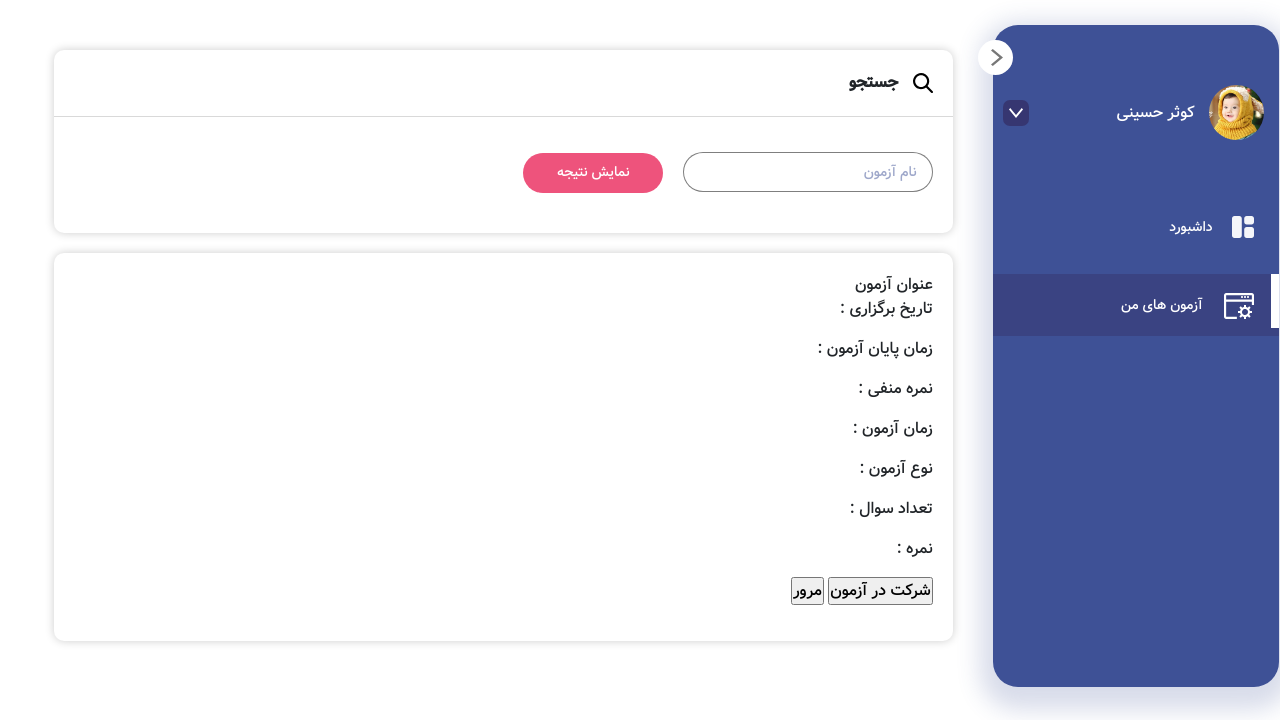
Repository: kosar78/quiz-online
Page: student-panel-myquiz.html
The author's editor kept a copy of each file at every save. The page is drawn from the files as they stood at one save, then again after the next save.
The browser window is 1280 px wide. The pictures show the whole page.
The page's requests for data from a server got no answer.

Above is the page before, as saved 2022-01-09 14:07:57.

### student-panel-myquiz.html
<!DOCTYPE html>
<html lang="en">
<head>
    <meta charset="UTF-8">
    <meta name="viewport" content="width=device-width, initial-scale=1.0">
    <link rel="stylesheet" href="css/manager-panel.css">
    <link rel="stylesheet" href="css/teacher-panel-dashbord.css">
    <link rel="stylesheet" href="css/studnet-panel-myquiz.css">
    <link rel="stylesheet" href="bootstrap_files/css/bootstrap.min.css">
    <script type="text/javascript" src="JQuery_file/jQuery.js"></script>
    <script type="text/javascript" src="bootstrap_files/js/bootstrap.min.js"></script>
    <script type="text/javascript" src="js/manager-panel.js"></script>
    <title>پنل دانشجو - داشبورد</title>
</head>
<body>
    <div class="container-fluid">
        <div class="row main-row">
            <div class="col-xl-3 col-md-3 sidebar-parent">
                <div class="resize-sidebar">
                    <img class="resize-right show" src="images/right.svg" alt="">
                    <img class="resize-left hide" src="images/left.svg" alt="">
                </div>
                <div class="exit-menubar hide">
                    <img class="" src="images/exit-menubar.svg" alt="">
                </div>
                <div class="sidebar">
                    <ul class="user-profile">
                        <li class="user-img">
                            <img src="images/H0fb13ae027de48f4a32a8bd50971f4c5N.jpg_.webp" alt="">
                        </li>
                        <li class="user-name-phone">
                            <p class="user-name" id="fullname">
                                کوثر حسینی
                            </p>
                            <p class="user-phone">

                            </p>
                        </li>
                        <li class="manage-profile">
                            <img class="bottom show" src="images/bottom.svg" alt="">
                            <img class="top hide" src="images/top.svg" alt="">
                        </li>
                    </ul>
                    <div class="manage-profile-menubar hide">
                        <div>
                            <ul class="mp-menubar">
                                <a href="manager-panel-profile.html">
                                    <li><img src="images/manage-profile-icon.svg" alt="" class="mp-icon"></li>
                                    <li class="mp-name">

                                        پروفایل

                                    </li>
                                </a>
                            </ul>
                            <ul class="mp-menubar">
                                <a href="#">
                                    <li><img src="images/change-pass-icon.svg" alt="" class="mp-icon"></li>
                                    <li class="mp-name">
                                        تغییر رمز عبور
                                    </li>
                                </a>
                            </ul>
                            <ul class="mp-menubar">
                                <a href="home.html">
                                    <li><img src="images/profile-manage-exit-icon.svg" alt="" class="mp-icon"></li>
                                    <li class="mp-name">
                                        خروج
                                    </li>
                                </a>
                            </ul>
                        </div>
                    </div>
                    <ul class="sidebar-case  dashbord">
                        <div class="v-line"></div>
                        <a href="student-panel-dashbord.html">
                            <li class="case-icon">
                                <img src="images/dashbord-icon.svg" alt="">
                            </li>
                            <li class="case-name">
                                داشبورد
                            </li>
                        </a>
                    </ul>
                    <ul class="sidebar-case active-case  test-managment">
                        <div class="v-line"></div>

                            <li class="case-icon">
                                <img src="images/carbon_gui-management.svg" alt="">
                            </li>
                            <li class="case-name">
                                آزمون های من
                            </li>

                    </ul>

                </div>
            </div>


            <div class="col-xl-9 col-md-9 quizlist-left-side left-side">
                <img src="images/menubar.svg" alt="" class="menubar hide">
                <div class="row main-row-left">
                    <div class="col-xl-12 search-box">
                        <ul>
                            <li>
                                <img src="images/search-icon.svg" alt="">
                            </li>
                            <li class="search-tx">
                                جستجو
                            </li>
                        </ul>
                        <div class="line"></div>
                        <ul class="search-input-ul">
                            <li>
                                <input type="text" name="search-name" id="quiz-name" placeholder="نام آزمون">
                            </li>

                            <li>
                                <input class="show-result-btn" type="button" value="نمایش نتیجه">
                            </li>
                        </ul>
                    </div>

                    <div class="quiz-box">
                        <div class="head-quiz-box">
                            عنوان آزمون
                        </div>
                        <ul>
                            <li class="li-titr">تاریخ برگزاری :</li>
                            <li></li>
                        </ul>
                        <ul>
                            <li class="li-titr">زمان پایان آزمون :</li>
                            <li></li>
                        </ul>
                        <ul>
                            <li class="li-titr">نمره منفی :</li>
                            <li></li>
                        </ul>
                        <ul>
                            <li class="li-titr">زمان آزمون :</li>
                            <li></li>
                        </ul>
                        <ul>
                            <li class="li-titr">نوع آزمون :</li>
                            <li></li>
                        </ul>
                        <ul>
                            <li class="li-titr">تعداد سوال :</li>
                            <li></li>
                        </ul>
                        <ul>
                            <li class="li-titr">نمره :</li>
                            <li></li>
                        </ul>
                        <ul>
                            <li>
                                <input type="button" value="شرکت در آزمون">
                            </li>
                            <li>
                                <input type="button" value="مرور">
                            </li>
                        </ul>
                    </div>
                </div>
            </div>
        </div>
    </div>
    <script src="node_modules/axios/dist/axios.min.js"></script>
    <script src="js/manager-panel-getToken.js"></script>
</body>
</html>

### css/manager-panel.css
@font-face {
    font-family: FirstFont;
    src:url(../font/Vazir-Medium.woff2) format('woff2');
    src:url(../font/Vazir-Medium-FD-WOL.woff2) format('woff2');
  }
* {
    margin: 0;
    padding: 0;
    user-select: none;
    -moz-user-select: none;
    -khtml-user-select: none;
    -webkit-user-select: none;
    -o-user-select: none;
    text-align: right;
    text-decoration:none;
}
html body {
    direction: rtl;
    font-family:FirstFont;
    text-align: center;

}

ul li{
    display: inline-block;
    list-style: none;
}
.sidebar-parent{
    padding: 25px;

    position: relative;
}
.main-row{
    padding-right: 15px;
}
.sidebar{
    width: 100%;
    height: 92vh;
    background-color: #3E5196;
    border-radius: 25px;
    box-shadow: 0px 10px 23px 13px rgba(62, 81, 150, 0.2);

}
.resize-sidebar,
.exit-menubar{
    border-radius: 50%;
    width: 35px;
    text-align: center;
    height: 35px;
    position: absolute;
    padding-top: 9px;
    top: 40px;
    background: #fff;
    padding-right: 10px;
    left: 0;
    cursor: pointer;
}
.exit-menubar{
    padding-right: 0px;
    padding-top: 6px;
}
.exit-menubar img{
    width: 16px;
}
.resize-sidebar img{
    width: 12px;
}
.user-img img{
    width: 55px;
    height: 55px;
    border-radius: 50%;
}
.user-profile{
    padding-right: 15px;
    padding-top: 60px;

}
.user-name-phone p{
    margin-bottom: 0 !important;
    color: #fff;
}
.user-name-phone{
    position: relative;
    top: 0px;
    right: 10px;
    width: 59%;
}
.user-phone{
    font-size: 12px;
}
.user-name{
    /* width: 140px; */
    height: auto;
}
.manage-profile{
    background-color: #363671;
    padding: 8px 6px;
    border-radius: 7px;
    cursor: pointer;
    position: absolute;
    left: 25px;
    top: 100px;
}
.manage-profile img{
    width: 14px;
}
.sidebar-case{
    padding-right: 25px;
    padding-top: 15px;
    padding-bottom: 15px;
    margin-bottom: 0px !important;
    margin-top: 20px;

}
.dashbord{
    margin-top: 60px;
}
.sidebar-case li{
    cursor: pointer;
}
.active-case .v-line{
    background: #fff;
    width: 8px;
    position: absolute;
    height: 54px;
    top: 0;
    right: 0;
}
.active-case .v-line-user-managment{
    background: #fff;
    width: 8px;
    position: absolute;
    height: 44px;
    top: 0;
    right: 0;
}

.active-case{
    background: rgba(54, 54, 113, 0.5);
    position: relative;
}
.case-name{
    width: 64%;
    color: #fff;
    margin-right: 15px;
    font-size: 14px;
}
.user-management .case-name{
    margin-right: 9px;
}
.user-management-case{
    margin-bottom: 0px !important;
    padding: 10px 0;
}
.user-management-case li{
    cursor: pointer;
}
.user-management-case .umc-icon img{
    width: 25px;
}
.user-management-cases{
    padding-right: 65px;
}
.user-management-case .umc-name{
    font-size: 15px;
    color: rgba(255, 255, 255, 0.8);
    padding-right: 12px;
}
.manage-profile-menubar{
    left: 25px;
    margin-top: -25px;
    position: absolute;
    z-index: 1;
}
.manage-profile-menubar div{

    background-color: #363671;
    border-radius: 10px;
    width: max-content;
    transition: all 0.4s cubic-bezier(0.39, 0.58, 0.57, 1);
}
.manage-profile-menubar .mp-menubar{
    margin-bottom: 0;
    padding: 15px;
}
.manage-profile-menubar .mp-name{
    color: #fff;
    font-size: 13px;
    padding-right: 12px;
    padding-left: 25px;
}
.manage-profile-menubar .mp-menubar li{
    cursor: pointer;
}
.user-mangement-cases-icon{
    position: absolute;
    left: 28px;
    margin-top:5px;
}
.hide{
    display: none;
}
.show{
    display: block;
}

.small-sidebar .user-profile {
    padding-right: 10px;
}
.small-sidebar .user-name-phone,
.small-sidebar .case-name,
.small-sidebar .mp-name,
.small-sidebar .umc-name{
    display: none;
}
.small-sidebar .manage-profile{
    left: 40px;
    margin-top: 46px;
}
.small-sidebar .manage-profile-menubar {
    left: 29px;
    margin-top: 20px;
}
.small-sidebar .user-management-cases {
    padding-right: 25px;
}
.small-sidebar .user-mangement-cases-icon{
    display: none;
}
.mp-menubar:hover{
    background-color: #6060d0e3;
}
#message{
    margin-bottom: 10px !important;
    font-size: 15px;
    margin-right: 36px;
    height: 25px;
    margin-top: 15px;
}
@media(max-width:1199px){
    .user-name-phone{
        display: block;
    }
    .manage-profile-menubar {
        margin-top: -55px;
    }

}
.small-sidebar .user-profile,
.small-sidebar .sidebar-case,
.small-sidebar .user-management-cases {
    padding-right: 0px;
    text-align: center;
}
.small-sidebar .user-management-cases .user-management-case{
    text-align: center;
}

.small-sidebar .manage-profile {
    left: 42%;
    margin-top: 36px;
}
.small-sidebar .manage-profile-menubar {
    left: 35%;
}
@media(max-width:880px){
    .user-name-phone .user-name,
    .user-management-case .umc-name{
        font-size: 13px;
    }
    .case-name{
        font-size: 12px;
        margin-right: 7px !important;
    }
    .user-phone {
        font-size: 9px;
    }
    .sidebar-case {
        padding-right: 15px;
    }
    .manage-profile-menubar .mp-menubar{
        padding: 10px;
    }
    .manage-profile-menubar .mp-name{
        padding-left: 15px;
    }
    .user-management-cases {
        padding-right: 50px;
    }
    .small-sidebar .manage-profile-menubar {
        left: 38%;
    }
}
@media(max-width:767px){
    .sidebar-parent{
        display: none;
    }
    .menubar{
        display: block;
        width: 40px;
        height: 40px;
        cursor: pointer;
        margin-top: 20px;
        position: absolute;
        top: 2px;
        right: 15px;
    }
    .main-row{
        padding-right: 0;
    }

}
@media(min-width:768px){
    .exit-menubar{
        display: none;
    }
    .resize-sidebar{
        display: block;
    }
    .menubar{
        display: none;
    }
    .sidebar-parent{
        display: block !important;
    }
}

### css/teacher-panel-dashbord.css
.main-row-left{
    padding-top: 50px;
    padding-left: 25px;
    padding-right: 25px;
    margin-bottom: 25px;
}

.testslist-left-side{
    height: 100vh !important;
    overflow-y: auto;
}
.teacher-dashbord-title,
.tests-list-box{
    background: #FFFFFF;
    box-shadow: 0px 0px 10px rgba(0, 0, 0, 0.2);
    border-radius: 10px;
    width: 100%;
    height: max-content;
    padding: 0 !important;

}
.tests-list-box{
    margin: 20px 0;
}
.add-new-test{
    width: 140px;
    outline: none;
    margin-bottom: 20px;
    border: 0;
    text-align: center;
    color: #FFFFFF;
    background: #EE537C;
    border-radius: 25px;
    height: 40px;
    font-size: 14px;
    position: absolute;
    top: 15px;
    left: 20px;
}

.add-new-test:hover{
    background:#d84c71 !important;
    color:#f6f6f6 !important;
}
.title-tx {
    width: max-content;
    margin-top: 25px;
    margin-right: 25px;
    margin-bottom: 30px;
    font-size: 17px;
    font-weight: bold;
}
.table thead th {
    color: rgb(0,0,0,.5);
    font-size: 15px;
}
.table td{
    font-size: 15px;
}
.teacher-dashbord-title ul{
    padding-right: 25px;
}
.teacher-dashbord-title .title-tx{
    margin-right: 15px;
    margin-bottom: 10px;
}
.empty-list{
    text-align: center;
    margin-top: 10px;
    margin-bottom: 15px;
}


@media(max-width:767px){
    .main-row-left{
        margin-top: 25px;
    }
    .main-row-left .row{
        margin-bottom: 0;
    }

}

### css/studnet-panel-myquiz.css
.quizlist-left-side{
    height: 100vh !important;
    overflow-y: auto;
}
.search-box{
    background: #FFFFFF;
    box-shadow: 0px 0px 10px rgba(0, 0, 0, 0.2);
    border-radius: 10px;
    width: 100%;
    height: max-content;
    padding: 0 !important;
}
.quiz-box{
    background: #FFFFFF;
    box-shadow: 0px 0px 10px rgba(0, 0, 0, 0.2);
    border-radius: 10px;
    width: 100%;
    height: max-content;
    padding: 20px !important;
    position: relative;
    margin: 20px 0;
}
.line{
    height: 1px;
    background-color: rgba(0, 0, 0, 0.15);
}

.search-box input[type="text"]{
    border-radius: 25px;
    width: 250px;
    height: 40px;
    border: 1px solid rgba(0, 0, 0, 0.5);
    outline: none;
    padding: 3px 15px;
    /* margin-bottom: 30px; */
}

.search-box input[type="text"]:focus{
    border: 1px solid #3E5196;
}

.search-box input[type="button"]{
    width: 140px;
    outline: none;
    margin-bottom: 20px;
    border: 0;
    text-align: center;
    color: #FFFFFF;
    background: #EE537C;
    border-radius: 25px;
    height: 40px;
    font-size: 14px;
}
.show-result-btn:hover{
    background:#d84c71 !important;
    color:#f6f6f6 !important;
}

::placeholder {
    color: #3E5196;
    opacity: 0.5;
    font-size: 14px;
}

:-ms-input-placeholder {
    color:#3E5196;
    opacity: 0.5;
    font-size: 14px;
}

::-ms-input-placeholder {
    color: #3E5196;
    opacity: 0.5;
    font-size: 14px;
}
.search-box img{
    width: 20px;
}
.search-box ul{
    padding: 20px;
    margin-bottom: 0 !important;
}
.search-box .search-tx{
    font-size: 17px;
    font-weight: bold;
    padding-right: 10px;
}
.search-input-ul li{
    margin-left: 15px;
    margin-top: 15px;
}

### js/manager-panel.js
$(document).ready(function(){
    $(".manage-profile").click(function(){
        if($(".bottom").hasClass("show")){
            $(".bottom").removeClass("show")
            $(".bottom").addClass("hide")
            $(".top").addClass("show")
            $(".top").removeClass("hide")
            $(".manage-profile-menubar").removeClass("hide")
            $(".manage-profile-menubar").addClass("show")
        }
        else if($(".bottom").hasClass("hide")){
            $(".bottom").removeClass("hide")
            $(".bottom").addClass("show")
            $(".top").addClass("hide")
            $(".top").removeClass("show")
            $(".manage-profile-menubar").removeClass("show")
            $(".manage-profile-menubar").addClass("hide")
        }

    })

    $(".user-management li").click(function(){
        if($("#user-mangement-cases-icon-bottom").hasClass("show")){
            $("#user-mangement-cases-icon-bottom").removeClass("show")
            $("#user-mangement-cases-icon-bottom").addClass("hide")
            $("#user-mangement-cases-icon-top").addClass("show")
            $("#user-mangement-cases-icon-top").removeClass("hide")
            $(".user-management-cases").removeClass("hide")
            $(".user-management-cases").addClass("show")
        }
        else if($("#user-mangement-cases-icon-bottom").hasClass("hide")){
            $("#user-mangement-cases-icon-bottom").removeClass("hide")
            $("#user-mangement-cases-icon-bottom").addClass("show")
            $("#user-mangement-cases-icon-top").addClass("hide")
            $("#user-mangement-cases-icon-top").removeClass("show")
            $(".user-management-cases").removeClass("show")
            $(".user-management-cases").addClass("hide")
        }

    })
    $(".resize-sidebar").click(function(){
        if($(".resize-right").hasClass("show")){
            $(".resize-right").removeClass("show")
            $(".resize-right").addClass("hide")
            $(".resize-left").addClass("show")
            $(".resize-left").removeClass("hide")
            $(".sidebar-parent").removeClass("col-xl-3")
            $(".sidebar-parent").addClass("col-xl-1")
            $(".sidebar-parent").removeClass("col-md-3")
            $(".sidebar-parent").addClass("col-md-2")
            $(".left-side").removeClass("col-xl-9")
            $(".left-side").addClass("col-xl-11")
            $(".left-side").removeClass("col-md-9")
            $(".left-side").addClass("col-md-10")
            $(".sidebar-parent").addClass("small-sidebar")
        }
        else if($(".resize-right").hasClass("hide")){
            $(".resize-right").removeClass("hide")
            $(".resize-right").addClass("show")
            $(".resize-left").addClass("hide")
            $(".resize-left").removeClass("show")
            $(".sidebar-parent").addClass("col-xl-3")
            $(".sidebar-parent").removeClass("col-xl-1")
            $(".sidebar-parent").addClass("col-md-3")
            $(".sidebar-parent").removeClass("col-md-2")
            $(".left-side").addClass("col-xl-9")
            $(".left-side").removeClass("col-xl-11")
            $(".left-side").addClass("col-md-9")
            $(".left-side").removeClass("col-md-10")
            $(".sidebar-parent").removeClass("small-sidebar")
        }

    })
    $(".menubar").click(function(){
        $(".sidebar-parent").removeClass("hide")
        $(".sidebar-parent").addClass("show")
        $(".left-side").addClass("hide")
        $(".left-side").removeClass("show")
        $(".sidebar-parent").css("display","block")
        $(".left-side").css("display","none")
        $(".resize-sidebar").removeClass("show")
        $(".resize-sidebar").addClass("hide")
        $(".exit-menubar").removeClass("hide")
        $(".exit-menubar").addClass("show")
        $(".sidebar-parent").removeClass("small-sidebar")
    })
    $(".exit-menubar").click(function(){
        $(".sidebar-parent").removeClass("show")
        $(".sidebar-parent").addClass("hide")
        $(".left-side").addClass("show")
        $(".left-side").removeClass("hide")
        $(".sidebar-parent").css("display","none")
        $(".resize-sidebar").removeClass("hide")
        $(".resize-sidebar").addClass("show")
        $(".exit-menubar").removeClass("show")
        $(".exit-menubar").addClass("hide")
        $(".left-side").css("display","block")
        $(".change-pass-left-side").css("display","flex !important")
    })

})

### js/manager-panel-getToken.js
// let localStorage_Array4=localStorage.toggled.split("|")
// localStorage.toggled=localStorage_Array4[0]
// let examId=localStorage_Array4[1]

            axios.get('http://localhost:3000/api/v1/user/my',{
                headers: {
                    'Authorization' : `Bearer ${localStorage.toggled}`
                }
            })
            .then(res =>{
                console.log('get : ')
                console.log(res.data.data.fullName);
                document.getElementById("fullname").innerHTML = res.data.data.fullName;

            })
            .catch(err => console.log(err))

Loaded but not shown: bootstrap_files/css/bootstrap.min.css (library); JQuery_file/jQuery.js (library); bootstrap_files/js/bootstrap.min.js (library); node_modules/axios/dist/axios.min.js (library)

After the next save:
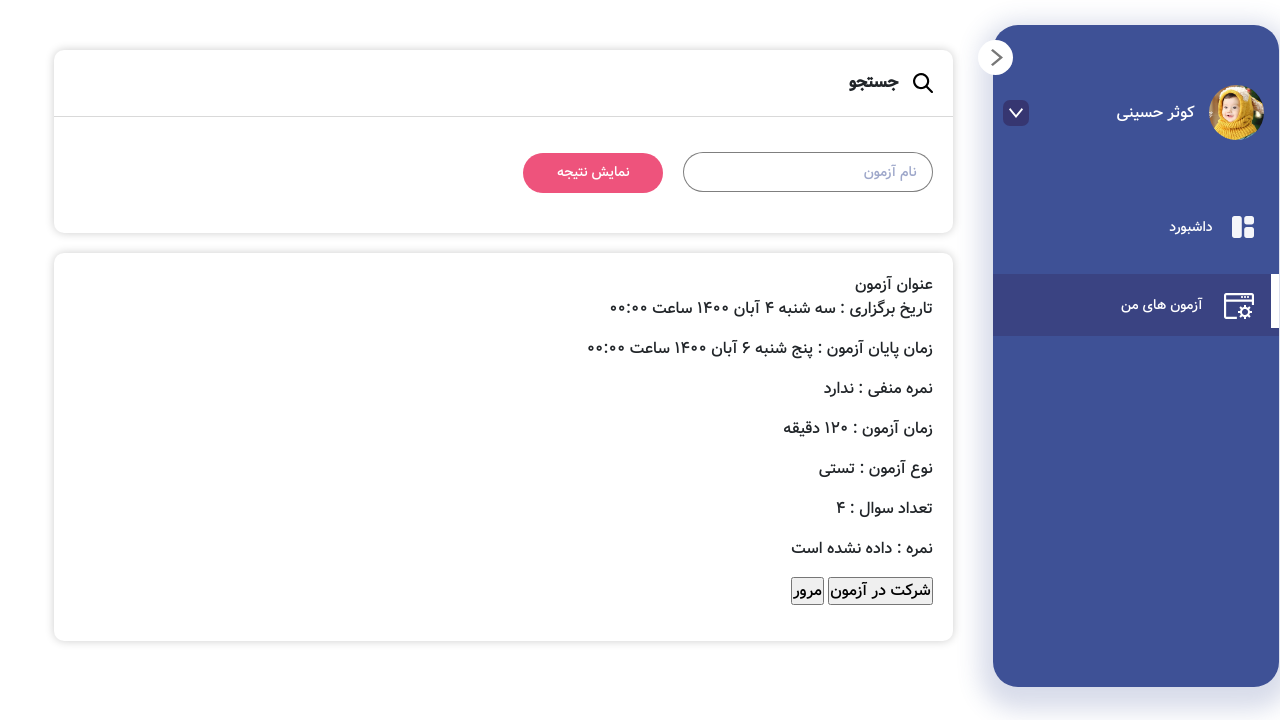
Saved 3 min 57 s later.
--- a/student-panel-myquiz.html
+++ b/student-panel-myquiz.html
@@ -128,31 +128,31 @@
                         </div>
                         <ul>
                             <li class="li-titr">تاریخ برگزاری :</li>
-                            <li></li>
+                            <li class="q-info">سه شنبه 4 آبان 1400 ساعت 00:00</li>
                         </ul>
                         <ul>
                             <li class="li-titr">زمان پایان آزمون :</li>
-                            <li></li>
+                            <li class="q-info">پنج شنبه 6 آبان 1400 ساعت 00:00</li>
                         </ul>
                         <ul>
                             <li class="li-titr">نمره منفی :</li>
-                            <li></li>
+                            <li class="q-info">ندارد</li>
                         </ul>
                         <ul>
                             <li class="li-titr">زمان آزمون :</li>
-                            <li></li>
+                            <li class="q-info">120 دقیقه</li>
                         </ul>
                         <ul>
                             <li class="li-titr">نوع آزمون :</li>
-                            <li></li>
+                            <li class="q-info">تستی</li>
                         </ul>
                         <ul>
                             <li class="li-titr">تعداد سوال :</li>
-                            <li></li>
+                            <li class="q-info">4</li>
                         </ul>
                         <ul>
                             <li class="li-titr">نمره :</li>
-                            <li></li>
+                            <li class="q-info">داده نشده است</li>
                         </ul>
                         <ul>
                             <li>
